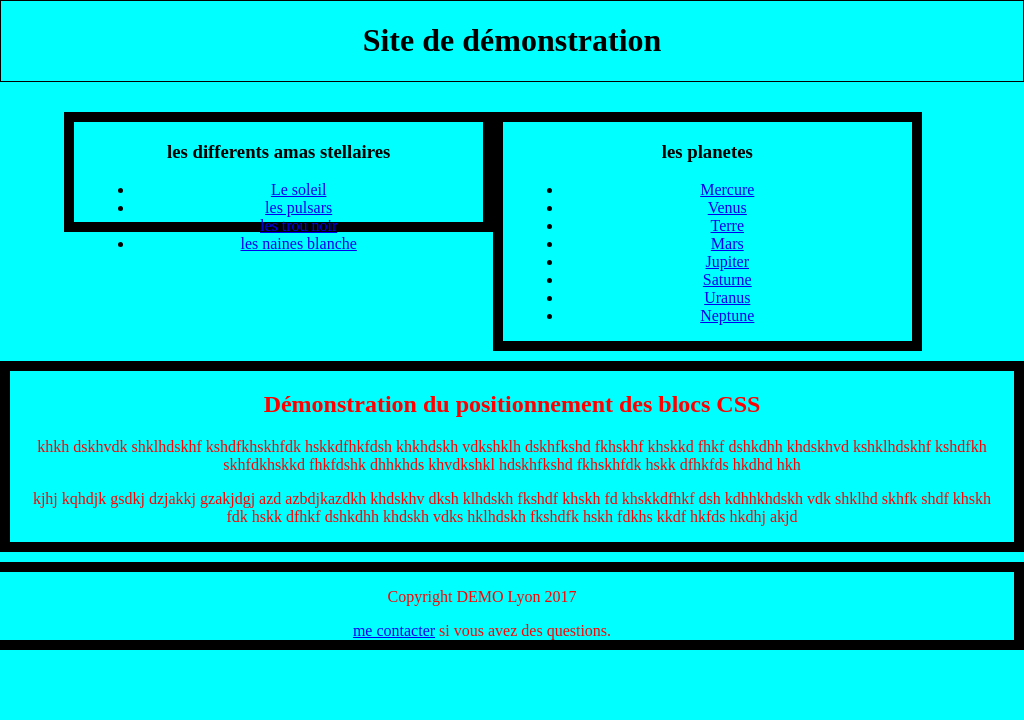
Repository: Poulpyto/fitec
Page: workspaceHtmlFlo/ModelePage1Flo/WebContent/index.html
These files come from the project's save history. The page is drawn as it stood at one moment and after the next save; the edit follows.
The browser window is 1024 px wide. The pictures show the whole page.

Above is the page before, as saved 2017-04-04 13:31:24.

### workspaceHtmlFlo/ModelePage1Flo/WebContent/index.html
<!DOCTYPE html>
<html>
<head>

<meta charset="UTF-8">
<title>Modele 1</title>
<meta name="viewport" content="width=device-width, initial-scale=1.0" /><!-- recup taille terminal utiliser , premiere etape pr respnosivité*/ -->
<link rel="stylesheet" href="css/style.css" />
</head>

<body>
	<div id="entete">
		<h1>Site de démonstration</h1>
	</div>
	<div id="nav">
		<div class="block planete">
		<h3>les planetes</h3>
			<ul>
				<li><a href= "#">Mercure</a></li>
				<li><a href= "#">Venus</a></li>
				<li><a href= "#">Terre</a></li>
				<li><a href= "#">Mars</a></li>
				<li><a href= "#">Jupiter</a></li>
				<li><a href= "#">Saturne</a></li>
				<li><a href= "#">Uranus</a></li>
				<li><a href= "#">Neptune</a></li>
			</ul>
	</div>
	<div class="block espace">
		<h3>les differents amas stellaires</h3>
		<ul>
			<li><a href= "#">Le soleil</a></li>
			<li><a href= "#">les pulsars</a></li>
			<li><a href= "#">les trou noir</a></li>
			<li><a href= "#">les naines blanche</a></li>
		</ul>
	</div>
	</div>
	<div id="content">
	<div class="block">
		<h2>Démonstration du positionnement des blocs CSS</h2>
		<p>khkh dskhvdk shklhdskhf kshdfkhskhfdk hskkdfhkfdsh khkhdskh vdkshklh dskhfkshd fkhskhf khskkd fhkf dshkdhh khdskhvd kshklhdskhf kshdfkh skhfdkhskkd fhkfdshk dhhkhds khvdkshkl hdskhfkshd fkhskhfdk hskk dfhkfds hkdhd hkh</p>
		<p> kjhj kqhdjk  gsdkj dzjakkj gzakjdgj azd azbdjkazdkh khdskhv dksh klhdskh fkshdf khskh fd khskkdfhkf dsh kdhhkhdskh vdk shklhd skhfk shdf khskh fdk hskk dfhkf dshkdhh khdskh vdks hklhdskh fkshdfk hskh fdkhs kkdf hkfds hkdhj akjd</p>
	</div>
	<div class="block footer">
	<p> Copyright DEMO Lyon 2017</p>
	<a href="mailto:contact@example.com">me contacter</a> si vous avez des questions.
	</div>
	</div>
</body>

</html>

### workspaceHtmlFlo/ModelePage1Flo/WebContent/css/style.css
@CHARSET "UTF-8";
/*media queries*/
/*si la taille de l'ecran est <680px */
@media screen and (max-width:680px)
{
body {
	width: 100%;
	margin: 0 auto;
	background-color: grey;
	text-align: center;
}

#entete{
	border: 1px solid black;
	margin-bottom: 20px;
	padding: 0 20px;
	text-align:center;
}

#nav {
	width: 100%;

}

#content {
	width:100%;
	color: red;

}

.block{
	border: 10px solid black;
	margin-top: 10px;
	padding: 0 20px;
}
.footer{
	text-align: center;
}
}
/*si la taille de l'ecran est comprise entre 681 et 1279px*/
@media screen and (min-width:681px) and (max-width:1279px)
{
body {
	width: 100%;
	margin: 0 auto;
	background-color: cyan;
	text-align: center;
}


#entete{
	border: 1px solid black;
	margin-bottom: 20px;
	padding: 0 20px;
	text-align:center;
}

#nav {
	width: 90%;
	float: left;
}

.planete{
	/*float: left;*/
	width: 40%;
}
.espace{
	float: right;
	width: 40%;
	height: 100px;
}
#content {
	width:100%;
	color: red;
	float:right;
}

.block{
	border: 10px solid black;
	margin-top: 10px;
	padding: 0 20px;
	float:right;
}

.footer{
	text-align: center;
	width:100%;
}
}
/*si la taille est > 1279px*/
@media screen and (min-width:1280px)
{
body {
	width: 960px;
	margin: 0 auto;
	background-color: yellow;
}

#entete{
	border: 1px solid black;
	margin-bottom: 20px;
	padding: 0 20px;
	text-align:center;
}

#nav {
	width: 240px;
	float: left;
}

#content {
	width:700px;
	float: right;
	color: red;

}

.block{
	border: 10px solid black;
	margin-top: 10px;
	padding: 0 20px;
}
.footer{
	text-align: center;
}
}

After the next save:
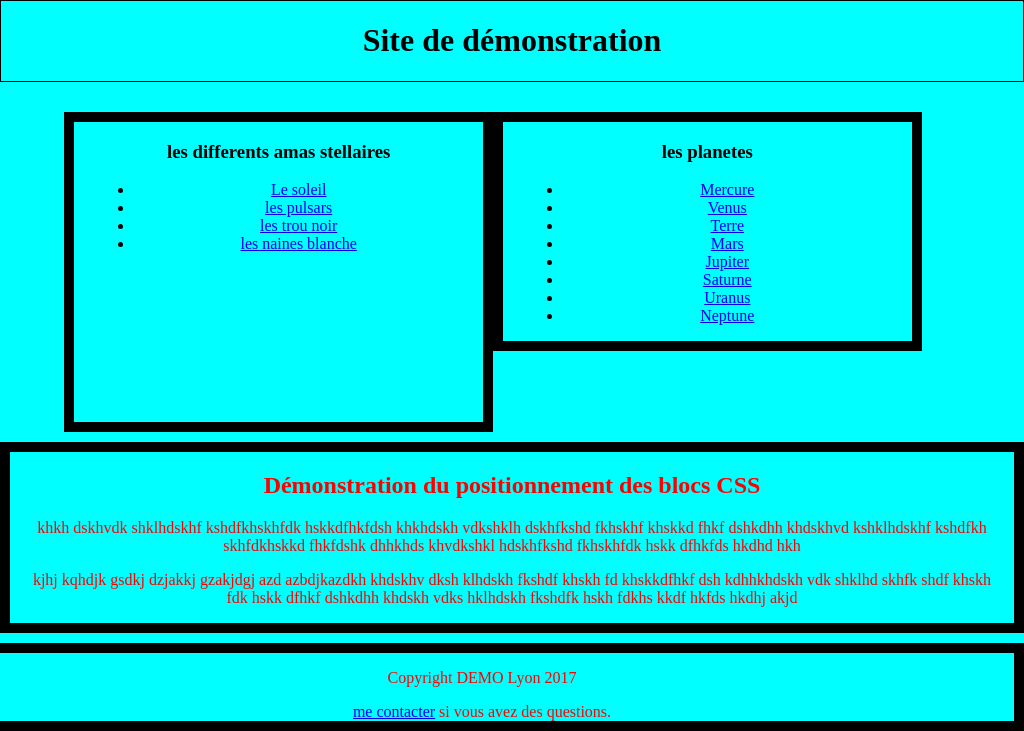
Saved 9 s later.
--- a/workspaceHtmlFlo/ModelePage1Flo/WebContent/css/style.css
+++ b/workspaceHtmlFlo/ModelePage1Flo/WebContent/css/style.css
@@ -67,7 +67,7 @@ body {
 .espace{
 	float: right;
 	width: 40%;
-	height: 100px;
+	height: 300px;
 }
 #content {
 	width:100%;
